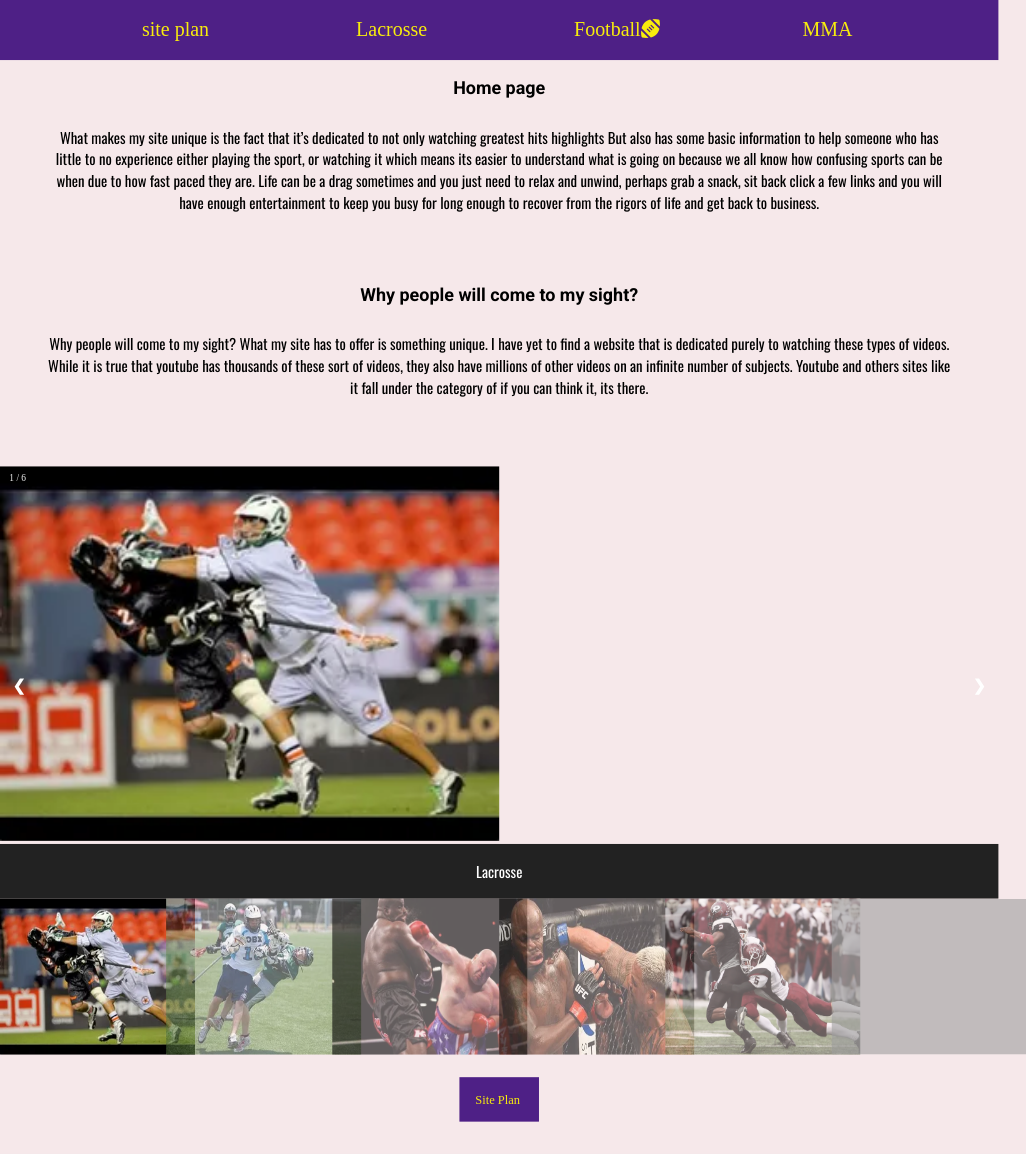
Repository: nak97/personal-site
Page: index.html
These files come from the project's save history. The page is drawn as it stood at one moment and after a run of saves; the edit follows.
The browser window is 1280 px wide. The page is 1316 px wide, so the pictures cover 1316 px, including what lies to the right of the window. The pictures show the whole page, at 78% of full size.
Pictures or frames that could not be fetched are drawn as grey boxes. Some icons come from a web library that is not loaded, so they are not drawn. Some web libraries are served in a nearby version.

Above is the page before, as saved 2023-03-27 13:23:07.

### index.html
<!DOCTYPE html>
<html lang="en">
<head>
  <meta charset="UTF-8">
  <meta http-equiv="X-UA-Compatible" content="IE=edge">
  <meta name="viewport" content="width=device-width, initial-scale=1.0">
  <link rel="stylesheet" href="personal-site.css">
  <link rel="stylesheet" href="slide-show.css">
  <link href="https://fonts.googleapis.com/css2?family=Oswald:wght@200&family=Roboto:wght@700&display=swap" rel="stylesheet">
  <link href="https://fonts.googleapis.com/css2?family=Oswald:wght@200;400&family=Roboto:wght@700&display=swap" rel="stylesheet">
<link rel="preconnect" href="https://fonts.gstatic.com" crossorigin>
  <script src="https://kit.fontawesome.com/615002bc5f.js" crossorigin="anonymous"></script>

  <title> Home</title>
</head>
<body>
  <nav>
    <a href="site-plan.html">site plan <i class="fa-solid fa-ruler-triangle"></i></a>
    <a href="lacrosse.html" target="_blank">Lacrosse <i class="fa-solid fa-lacrosse-stick-ball"></i></a>
    <a href="football.html" target="_blank">Football<i class="fa-solid fa-football"></i></a>
    <a href="mma.html" target="_blank">MMA  <i class="fa-solid fa-boxing-glove"></i></a>
  </nav>
<section class="home">
<h3>Home page</h3>
      <p class="p1">
        What makes my site unique is the fact that it’s dedicated to not only watching greatest hits highlights But also has some basic information to help someone who has little to no experience either playing the sport, or watching it which means its easier to understand what is going on because we all know how confusing sports can be when due to how fast paced they are.
        Life can be a drag sometimes and you just need to relax and unwind, perhaps grab a snack,
        sit back click a few links and you will have enough entertainment to keep you busy for long enough to recover from the rigors of life and get back to business.
      </p>
      <h3>Why people will come to my sight?</h3>
      <p class="p2">
        Why people will come to my sight?
        What my site has to offer is something unique. I have yet to find a website that is dedicated purely to watching these types of videos.
        While it is true that youtube has thousands of these sort of videos, they also have millions of other videos on an infinite number of subjects. Youtube and others sites
        like it fall under the category of if you can think it, its there.
      </p>
    </section>
    <div class="container-slideshow">

  <!-- Full-width images with number text -->
  <div class="mySlides">
    <div class="numbertext">1 / 6</div>
      <img src="./images/lacross-hit-two.webp" style="width:50%">
  </div>

  <div class="mySlides">
    <div class="numbertext">2 / 6</div>
      <img src="./images/lacrosse-hit-one.webp" style="width:50%">
  </div>

  <div class="mySlides">
    <div class="numbertext">3 / 6</div>
      <img src="./images/butterbean1.webp" style="width:50%">
  </div>

  <div class="mySlides">
    <div class="numbertext">4 / 6</div>
      <img src="./images/hit-to-face.webp" style="width:50%">
  </div>

  <div class="mySlides">
    <div class="numbertext">5 / 6</div>
      <img src="./images/pexels-pixabay-159574.jpg" style="width:50%">
  </div>

  <div class="mySlides">
    <div class="numbertext">6 / 6</div>
      <img src="./images/pexels-pixabay-264300.jpg" style="width:50%">
  </div>

  <!-- Next and previous buttons -->
  <a class="prev" onclick="plusSlides(-1)">&#10094;</a>
  <a class="next" onclick="plusSlides(1)">&#10095;</a>

  <!-- Image text -->
  <div class="caption-container">
    <p id="caption"></p>
  </div>

  <!-- Thumbnail images -->
  <div class="row">
    <div class="column">
      <img class="demo cursor" src="./images/lacross-hit-two.webp" style="width: 250px; height: 200px;" onclick="currentSlide(1)" alt="Lacrosse">
    </div>
    <div class="column">
      <img class="demo cursor" src="./images/lacrosse-hit-one.webp" style="width: 250px; height: 200px;" onclick="currentSlide(2)" alt="Lacrosse">
    </div>
    <div class="column">
      <img class="demo cursor" src="./images/butterbean1.webp" style="width: 250px; height: 200px;" onclick="currentSlide(3)" alt="butter bean">
    </div>
    <div class="column">
      <img class="demo cursor" src="./images/hit-to-face.webp" style="width: 250px; height: 200px;" onclick="currentSlide(4)" alt="lights out">
    </div>
    <div class="column">
      <img class="demo cursor" src="./images/pexels-pixabay-159574.jpg" style="width: 250px; height: 200px;" onclick="currentSlide(5)" alt="football">
    </div>
    <div class="column">
      <img class="demo cursor" src="./images/pexels-pixabay-264300.jpg" style="width: 250px; height: 200px;" onclick="currentSlide(6)" alt="football">
    </div>
  </div>
</div>

<script>
  let slideIndex = 1;
showSlides(slideIndex);

// Next/previous controls
function plusSlides(n) {
  showSlides(slideIndex += n);
}

// Thumbnail image controls
function currentSlide(n) {
  showSlides(slideIndex = n);
}

function showSlides(n) {
  let i;
  let slides = document.getElementsByClassName("mySlides");
  let dots = document.getElementsByClassName("demo");
  let captionText = document.getElementById("caption");
  if (n > slides.length) {slideIndex = 1}
  if (n < 1) {slideIndex = slides.length}
  for (i = 0; i < slides.length; i++) {
    slides[i].style.display = "none";
  }
  for (i = 0; i < dots.length; i++) {
    dots[i].className = dots[i].className.replace(" active", "");
  }
  slides[slideIndex-1].style.display = "block";
  dots[slideIndex-1].className += " active";
  captionText.innerHTML = dots[slideIndex-1].alt;
}
</script>



    <footer><a href="site-plan.html"> Site Plan <i class="fa-solid fa-ruler-triangle"></i></a></footer>
</body>
</html>

### personal-site.css

body{
  background-color: #F6E8EA;
  padding: 0 ;
  margin: 0;
}

 h3 {
  font-family: 'Roboto', sans-serif;
  font-size: 23px;
}

p {
  font-family: 'Oswald', sans-serif;
  font-size: 19px;
}

  .container {display: grid;}

a{text-decoration: none;}

.home h3 {
  text-align: center;
}

.home .p1 {
  padding: 11px 60px 69px;
}

.home .p2 {
  padding: 11px 60px 69px;
}


nav{
  display: flex;
  justify-content: space-evenly;
  background-color: #4e2086;
  line-height: 3em;
  text-align: center;
  font-size: 1.6em;
}

nav a { color: #f8ec0d;}

nav a:hover {color: #F45B69;}

.lacrosse h3, p {text-align: center;}

.lacrosse p {padding: 0px 121px;}

.lacrosse { margin: 43px 0;}

.Laxvideos{
  margin-top: 20px;
  display: flex;
  justify-content: space-evenly;
  text-align: center;
  background-color: #F45B69;
  padding-top: 40px;
}

.rules{margin: 50px 0;}

.rules h3, p {text-align: center;}

.rules p {padding: 0px 121px;}

.LaxImages {
  background-color: #4e2086;
}

.LaxImages p {color:#f8ec0d;
}

.images {
  display: flex;
  justify-content: space-between;
  padding-top: 54px;
}

.img1{margin-left: 105px;}

.img1 p {text-align: center; }

.img2 {margin-left: 312px;}

.img2 p{
  text-align: center;
  margin-right: 70px;
}

.img-1{
  margin-left: 40px;
  width: 400px;
  height: 300px;}

.img-2{
  margin-left: 16px;
  width: 400px;
  height: 300px;
}

footer{
margin-top: 45px;
text-align: center;
margin-bottom: 60px;}

footer a {
  background-color: #4e2086;
  color: #f8ec0d;
  padding: 20px;
}

footer a:hover {
  color: #F45B69;
}

### slide-show.css
* {
  box-sizing: border-box;
}

/* Position the image container (needed to position the left and right arrows) */
.container-slideshow {
  position: relative;
}

/* Hide the images by default */
.mySlides {
  display: none;
}

/* Add a pointer when hovering over the thumbnail images */
.cursor {
  cursor: pointer;
}

/* Next & previous buttons */
.prev,
.next {
  cursor: pointer;
  position: absolute;
  top: 40%;
  width: auto;
  padding: 16px;
  margin-top: -50px;
  color: white;
  font-weight: bold;
  font-size: 20px;
  border-radius: 0 3px 3px 0;
  user-select: none;
  -webkit-user-select: none;
}

/* Position the "next button" to the right */
.next {
  right: 0;
  border-radius: 3px 0 0 3px;
}

/* On hover, add a black background color with a little bit see-through */
.prev:hover,
.next:hover {
  background-color: rgba(0, 0, 0, 0.8);
}

/* Number text (1/3 etc) */
.numbertext {
  color: #f2f2f2;
  font-size: 12px;
  padding: 8px 12px;
  position: absolute;
  top: 0;
}

/* Container for image text */
.caption-container {
  text-align: center;
  background-color: #222;
  padding: 2px 16px;
  color: white;
}

.row:after {
  content: "";
  display: table;
  clear: both;
}

/* Six columns side by side */
.column {
  float: left;
  width: 16.66%;
}

/* Add a transparency effect for thumnbail images */
.demo {
  opacity: 0.6;
}

.active,
.demo:hover {
  opacity: 1;
}

After the next 2 saves:
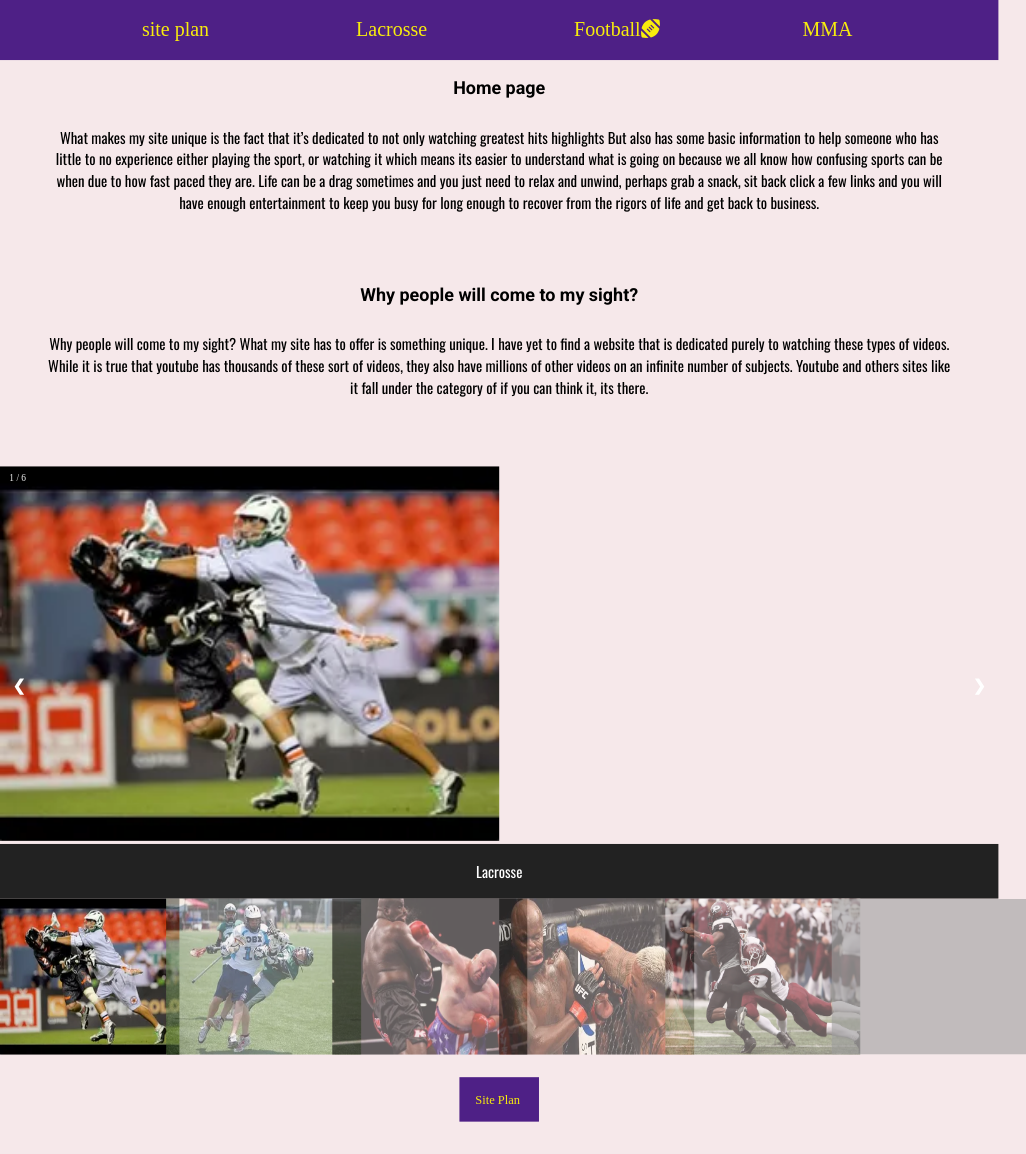
The 2 saves are shown as one change because they came seconds apart.
The last was saved 15 s later.
--- a/index.html
+++ b/index.html
@@ -80,7 +80,7 @@
   <!-- Thumbnail images -->
   <div class="row">
     <div class="column">
-      <img class="demo cursor" src="./images/lacross-hit-two.webp" style="width: 250px; height: 200px;" onclick="currentSlide(1)" alt="Lacrosse">
+      <img class="demo cursor" src="./images/lacross-hit-two.webp" style="width: 230px; height: 200px;" onclick="currentSlide(1)" alt="Lacrosse">
     </div>
     <div class="column">
       <img class="demo cursor" src="./images/lacrosse-hit-one.webp" style="width: 250px; height: 200px;" onclick="currentSlide(2)" alt="Lacrosse">
